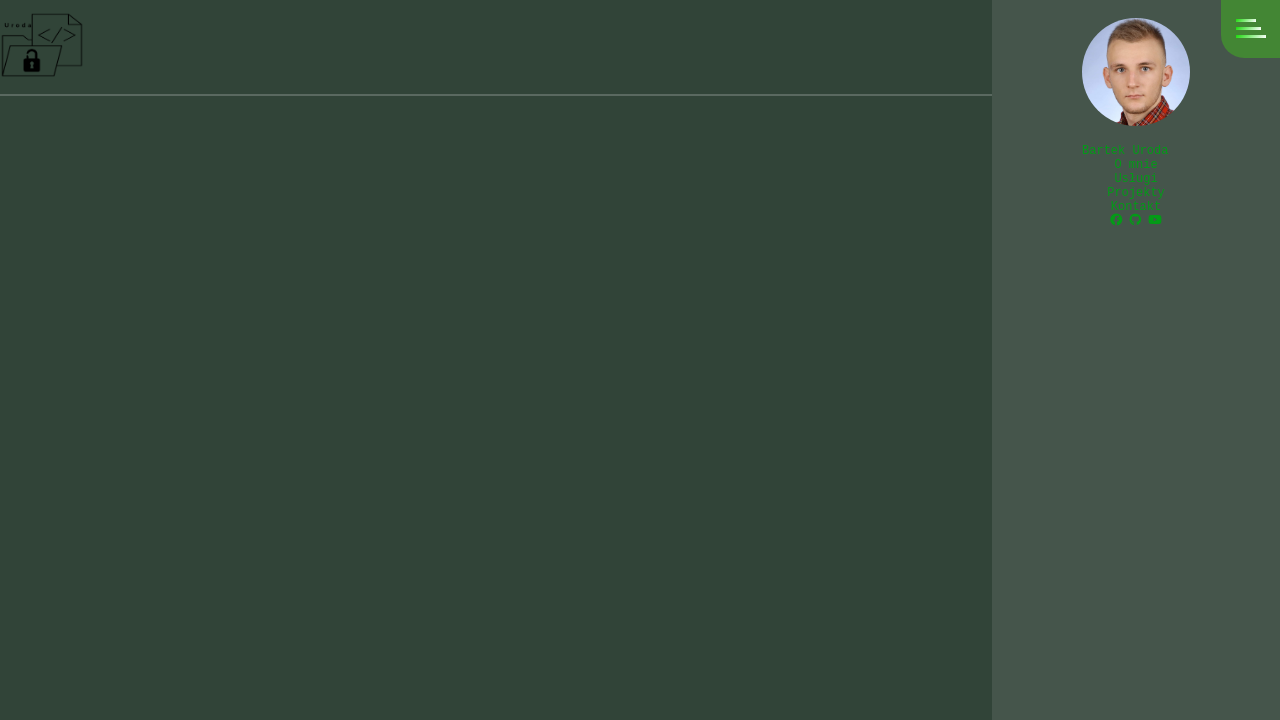
Repository: BartekUroda/portfolio
Page: index.html
The author's editor kept a copy of each file at every save. The page is drawn from the files as they stood at one save, then again after the next save.
The browser window is 1280 px wide. The pictures show the whole page.
Some web fonts or font styles are not loaded; a fallback is used. Some web libraries are served in a nearby version.

Above is the page before, as saved 2020-10-26 21:41:05.

### index.html
<!DOCTYPE html>
<html lang="en">
<head>
    <meta charset="UTF-8">
    <meta name="viewport" content="width=device-width, initial-scale=1.0">
    <title>Portfolio-Bartek Uroda</title>
    <link rel="stylesheet" type="text/css" href="css/style.css">
    <script src="js/script.js"></script>
    <link href="https://fonts.googleapis.com/css2?family=Poppins&sfamily=Share+Tech+Mono&display=swap" rel="stylesheet">
    <script src="https://kit.fontawesome.com/056e5c10dc.js" crossorigin="anonymous"></script>
    <link rel="shortcut icon" type="image/x-icon" href="images/favicon.ico" />
</head>
 <body>
    <header>
        <div class="container">
            <nav>
                <div class="nav-brand">
                    <a href="index.html">
                        <img src="images/logo.png" alt="Uroda">
                    </a>
                </div>
                <div class="burger-menu-icon">
                    <div class="line1"></div>
                    <div class="line2"></div>
                    <div class="line3"></div>
                </div>
                <ul class="nav-list">
                    <li class="nav-item">
                      <a href="#landing-page">
                        <img
                          src="images/profile.jpeg"
                          alt="Bartek Uroda"
                          class="profile-pic nav-link"
                        >
                        <span class="caption nav-link">Bartek Uroda</span>
                      </a>
                    </li>
                    <li class="nav-item">
                      <a href="#about" class="nav-link">O mnie</a>
                    </li>
                    <li class="nav-item">
                      <a href="#services" class="nav-link">Usługi</a>
                    </li>
                    <li class="nav-item">
                      <a href="#projects" class="nav-link">Projekty</a>
                    </li>
                    <li class="nav-item">
                      <a href="#contact" class="nav-link">Kontakt</a>
                    </li>
                    <li class="nav-item">
                      <a href="https://www.facebook.com/bartlomiej.uroda.3" target="_blank" class="nav-link">
                        <i class="fab fa-facebook"></i>
                      </a>
                      <a href="https://github.com/Urodii" target="_blank" class="nav-link">
                        <i class="fab fa-github"></i>
                      </a>
                      <a href="https://www.youtube.com/channel/UCzT1h5RNvmbtrmKT5hPjyAg?view_as=subscriber" target="_blank" class="nav-link">
                        <i class="fab fa-youtube"></i>
                      </a>
                    </li>
                  </ul>
            </nav>
        </div>
    </header>
 </body>
</html>

### css/style.css
/* ----------GLOBAL STYLES---------- */
*,
*::before,
*::after {
  margin: 0;
  padding: 0;
  box-sizing: inherit;
}
html {
    font-family: "Share Tech Mono", monospace;
    font-size: 12px;
    box-sizing: border-box;
    scroll-behavior: smooth;
    color: #e7e7e7;
    background: rgb(49, 68, 56);
}

a {
    text-decoration: none;
    color: rgb(3, 155, 23);
}

a:hover {
    color: rgba(249, 105, 14, 1);
}

ul {
    list-style: none;
}

p {
    font-size: 1.4rem;
}

img {
    width: 100%;
    max-width: 100%;
    height: auto;
}
/* ----------HEADER---------- */
header {
    width: 100%;
    height: 5rem;
    position: absolute;
    top: 0;
    left: 0;
    z-index: 1;
}
.contenier {
    width: 100%;
    max-width: 90rem;
    margin: 0 auto;
    padding: 0 1.5rem;
}
.nav-brand {
    width: 7rem;
}
nav {
    width: 100%;
    display: flex;
    align-items: center;
    justify-content: space-between;
    padding: 1rem 0;
    border-bottom: 2px solid rgba(255, 255, 255, .2);
}
.line1 {
    width: 20px;
    height: 3px;
    margin: 5px 0;
    background: linear-gradient(
      135deg,
      rgb(27, 218, 10) 0%,
      rgb(255, 255, 255) 100%
    );
}
.line2 {
    width: 25px;
    height: 3px;
    background: linear-gradient(
      135deg,
      rgb(27, 218, 10) 0%,
      rgb(255, 255, 255) 100%
    );
}
.line3 {
    width: 30px;
    height: 3px;
    margin: 5px 0;
    background: linear-gradient(
      135deg,
      rgb(27, 218, 10) 0%,
      rgb(255, 255, 255) 100%
    );
}
.burger-menu-icon {
    cursor: pointer;
    z-index: 999;
    position: fixed;
    right: 0;
    top: 0;
    background-color: rgba(67, 145, 47, 0.815);
    padding: 1.2rem;
    border-radius: 0% 0% 0% 40%;
}
.profile-pic {
    height: 9rem;
    width: auto;
    border-radius: 50%;
    display: block;
    margin: 1.5rem 0;
}
.caption {
    display: block;
}
.nav-list {
    width: 24rem;
    height: 100vh;
    background-color:  rgb(69, 85, 75);
    position: fixed;
    top: 0;
    right: 0;
    display: flex;
    flex-direction: column;
    align-items: center;
    justify-self: start;
    z-index: 998;
    transition: all 650ms ease-in-out;
}

Loaded but not shown: js/script.js (no stored copy; drawn as an empty file)

After the next save:
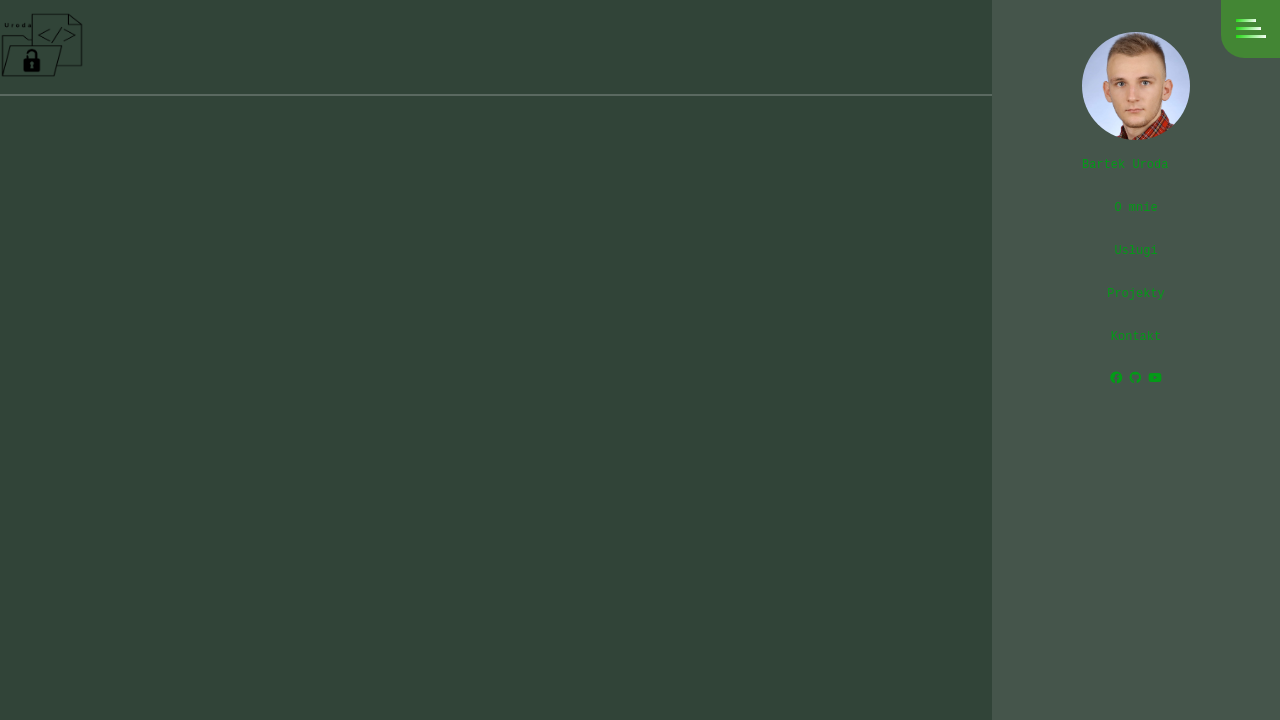
Saved 2 min 3 s later.
--- a/css/style.css
+++ b/css/style.css
@@ -126,3 +126,9 @@ nav {
     z-index: 998;
     transition: all 650ms ease-in-out;
 }
+.nav-list.active {
+    right: 0;
+}
+.nav-item {
+    margin: 1.2rem 0;
+}
